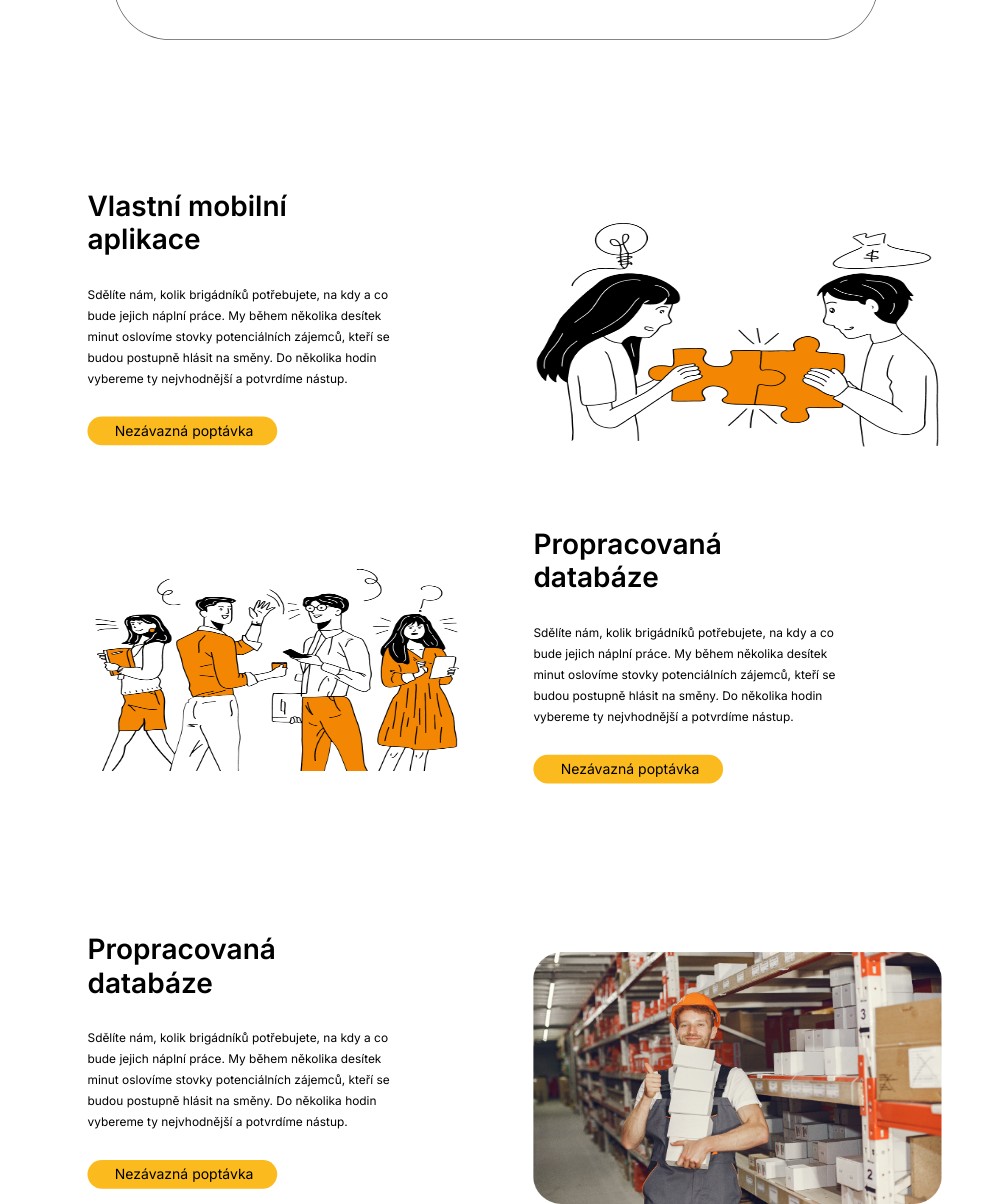
Repository: bilday08/bilday08.github.io
Page: page2.html
An editor plug-in stored every save of this project. The page is shown before and after the next save, followed by the edit.
The browser window is 1280 px wide. The page is 1440 px wide, so the pictures cover 1440 px, including what lies to the right of the window. The pictures show the part of the page from y = 1283 to 3003 px (the page is 3003 px tall), at 70% of full size.

Above is the page before, as saved 2022-10-16 01:07:26.

### page2.html
<!DOCTYPE html>
<html>
<head>
    <meta charset= utf-8 />
    <meta http-equiv="X-UA-Compatible" content="IE=edge">
    <meta name="viewport" content="width=device-width, initial-scale=1.0">
    <link href="./reset.css" rel="stylesheet"/>
    <link href="./style2.css" rel="stylesheet"/>
    <link href="./responsive2.css" rel="stylesheet"/>
    <link
    rel="stylesheet"
    href="https://cdnjs.cloudflare.com/ajax/libs/font-awesome/6.2.0/css/all.min.css"
    integrity="sha512-xh6O/CkQoPOWDdYTDqeRdPCVd1SpvCA9XXcUnZS2FmJNp1coAFzvtCN9BmamE+4aHK8yyUHUSCcJHgXloTyT2A=="
    crossorigin="anonymous"
    referrerpolicy="no-referrer" />
    <title>aulinks2</title>
    <link rel="preconnect" href="https://fonts.googleapis.com">
    <link rel="preconnect" href="https://fonts.gstatic.com" crossorigin>
    <link href="https://fonts.googleapis.com/css2?family=Inter:wght@400;600;700;900&display=swap" rel="stylesheet">
    <link
    href="https://cdn.jsdelivr.net/npm/bootstrap@5.2.2/dist/css/bootstrap.min.css"
    rel="stylesheet"
    integrity="sha384-Zenh87qX5JnK2Jl0vWa8Ck2rdkQ2Bzep5IDxbcnCeuOxjzrPF/et3URy9Bv1WTRi"
    crossorigin="anonymous">
    <link
    href="https://cdn.jsdelivr.net/npm/bootstrap@5.2.2/dist/css/bootstrap.min.css"
    rel="stylesheet"
    integrity="sha384-Zenh87qX5JnK2Jl0vWa8Ck2rdkQ2Bzep5IDxbcnCeuOxjzrPF/et3URy9Bv1WTRi"
    crossorigin="anonymous">
</head>
<body>
    <div class="wrapper">
        <herder class="herder">
            <div class="container-top">
                <img srcset="./images/logo.png 2x" alt="#" class="herder-log"/>
                <div class="herder-log--2">
                    <img src="./images/Aulinks.png" alt="#" class="herder-log--line"/>
                    <img src="./images/Menu Rounded.png" alt="#" class="herder-log-menu">
                </div>
                <div class="herder-images">
                    <img src="./images/1.png" alt="#" class="herder-images--contact"/>
                </div>
                <div class="herder-phone">
                    <span class="herder-phone--text">Zavolejte nám:</span>
                    <span class="herder-phone--number">+420 607 205 862</span>
                </div>
                <div class="herder-button">
                    <a href="#" class="herder-button--brand">Zavolejte nám:</a>
                </div>
                <div class="herder-button--bottom">
                    <a href="#" class="herder-button--bottom1">O nas</a>
                    <a href="#" class="herder-button--bottom2">Naši partneři</a>
                    <a href="#" class="herder-button--bottom3">Služby</a>
                    <a href="#" class="herder-button--bottom4">Kontakty</a>
                </div>
                <div class="container-center">
                    <h1 class="herder-background--content1">Pracovití brigádníci do druhého dne</h1>
                    <p class="herder-background--content2">
                    Sdělíte nám, kolik brigádníků potřebujete, na kdy a co bude jejich náplní práce.
                    My během několika desítek minut oslovíme stovky potenciálních zájemců, kteří se
                    budou postupně hlásit na směny. Do několika hodin vybereme ty nejvhodnější a potvrdíme nástup.
                    </p>
                    <div class="herder-background--button">
                        <a href="#" class="herder-backgroud--button1">Nezávazná poptávka</a>
                    </div>
                    <div class="container-top--center">
                        <img src="./images/page2(1).png" alt="#" class="herder-images--top_center"/>
                    </div>
                <div class="center-button">
                    <a href="#" class="center-button--white">
                        <div class="center-button--first">
                            <span class="center-button--first1">150+</span>
                            <span class="center-button--first2">Nástupů denně</span>
                        </div>
                        <div class="center-button--second">
                            <span class="center-button--second1">>30%</span>
                            <span class="center-button--second2">Fluktuace</span>
                        </div>
                        <div class="center-button--third">
                            <span class="center-button--third1">13</span>
                            <span class="center-button--third2">Měst</span>
                        </div>
                    </a>
                </div>
        </herder>
        <main>
            <section class="service">
                <div class="container-fluid">
                    <div class="service-item">
                        <div class="service-content">
                            <h2 class="global-heading">Vlastní mobilní aplikace</h2>
                            <div class="global-text">
                                Sdělíte nám, kolik brigádníků potřebujete, na kdy a co bude jejich náplní práce.
                                My během několika desítek minut oslovíme stovky potenciálních zájemců,
                                kteří se budou postupně hlásit na směny. Do několika hodin vybereme ty nejvhodnější
                                a potvrdíme nástup.
                            </div>
                            <a href="#" class="service-button--first">Nezávazná poptávka</a>
                            <div class="service-images">
                                <img src="./images/page2(2).png" alt="#" class="service-images--first"/>
                            </div>
                        </div>
                    </div>
                    <div class="service-item2">
                        <div class="service-content2">
                            <div class="service-images">
                                <img src="./images/page2(3).png" alt="#" class="service-images--sencond"/>
                            </div>
                            <h2 class="global-heading2">Propracovaná databáze</h2>
                            <div class="global-text2">
                                Sdělíte nám, kolik brigádníků potřebujete, na kdy a co bude jejich náplní práce.
                                My během několika desítek minut oslovíme stovky potenciálních zájemců,
                                kteří se budou postupně hlásit na směny. Do několika hodin vybereme ty nejvhodnější
                                a potvrdíme nástup.
                            </div>
                            <a href="#" class="service-button--second">Nezávazná poptávka</a>
                        </div>
                    </div>
                    <div class="service-item3">
                        <div class="service-content">
                            <h2 class="global-heading">Propracovaná databáze</h2>
                            <div class="global-text">
                                Sdělíte nám, kolik brigádníků potřebujete, na kdy a co bude jejich náplní práce.
                                My během několika desítek minut oslovíme stovky potenciálních zájemců,
                                kteří se budou postupně hlásit na směny. Do několika hodin vybereme ty nejvhodnější
                                a potvrdíme nástup.
                            </div>
                            <a href="#" class="service-button--first">Nezávazná poptávka</a>
                            <div class="service-images">
                                <img srcset="./images/5.png 2x" alt="#" class="service-images--first"/>
                            </div>
                        </div>
                    </div>
                </div>
<script
src="https://cdn.jsdelivr.net/npm/@popperjs/core@2.11.6/dist/umd/popper.min.js"
integrity="sha384-oBqDVmMz9ATKxIep9tiCxS/Z9fNfEXiDAYTujMAeBAsjFuCZSmKbSSUnQlmh/jp3"
crossorigin="anonymous"></script>
<script
src="https://cdn.jsdelivr.net/npm/bootstrap@5.2.2/dist/js/bootstrap.min.js"
integrity="sha384-IDwe1+LCz02ROU9k972gdyvl+AESN10+x7tBKgc9I5HFtuNz0wWnPclzo6p9vxnk"
crossorigin="anonymous"></script>
</body>
</html>

### style2.css
*{
    box-sizing: border-box;
    font-family: 'Inter', sans-serif;
    margin: 0;
    padding: 0;
}
.wrapper{
    max-width: 1440px;
}
  /*hedder*/
.container-top{
    max-width: 1440px;
    height: 410px;
    background-image: url(./images/Rectangle\ 8\ \(7\).png);
    background-repeat: no-repeat;
    background-size: auto;
    position: absolute;
}
.herder-log{
    position: absolute;
    width: 78px;
    height: 71px;
    margin-top: 60px;
    margin-left: 114px;
}
.herder-log--line{
    width: 130px;
    height: 30px;
    margin-left: 192px;
    margin-top: 91px;
}
.herder-log-menu{
    width: 30px;
    height: 30px;
    display: none;
}
.herder-images--contact{
    width: 308.12px;
    height: 81.11px;
    margin-left: 407px;
    margin-top: -50px;
}
.herder-phone--text{
    display: block;
    width: 145px;
    height: 30px;
    font-weight: 400;
    font-size: 20px;
    line-height: 24px;
    color: black;
    margin-left: 807px;
    margin-top: -79px;
    margin-right: 491px;
}
.herder-phone--number{
    display: block;
    width: 185px;
    height: 24px;
    font-weight: 700;
    font-size: 20px;
    line-height: 24px;
    color: #FBBA1D;
    margin: 4px 455px 0 800px;
}
.herder-button--brand{
   text-align: center;
   text-decoration: none;
   padding: 8px 39px;
   color: black;
   background-color: #FBBA1D;
   width: 223px;
   height: 41px;
   font-weight: 400;
   font-size: 20px;
   line-height: 24px;
   border-radius: 30px;
   margin-top: -39px;
   margin-left: 1070px;
   display: block;
}
.herder-button--bottom1{
   text-decoration: none;
   text-align: center;
   display: block;
   color: black;
   background-color: white;
   padding: 7px 35px;
   width: 130px;
   height: 40px;
   font-weight: 400;
   font-size: 20px;
   line-height: 24px;
   border-radius: 30px;
   border: 1px solid #000000;
   margin-top: 60px;
   margin-left: 114px;
}
.herder-button--bottom2{
   text-decoration: none;
   text-align: center;
   display: block;
   color: black;
   background-color: white;
   padding: 7px 35px;
   width: 190px;
   height: 40px;
   font-weight: 400;
   font-size: 20px;
   line-height: 24px;
   border-radius: 30px;
   border: 1px solid #000000;
   margin-top: -40px;
   margin-left: 264px;
   white-space: nowrap;
}
.herder-button--bottom3{
   text-decoration: none;
   text-align: center;
   display: block;
   color: black;
   background-color: #FBBA1D;
   padding: 7px 35px;
   width: 135px;
   height: 40px;
   font-weight: 400;
   font-size: 20px;
   line-height: 24px;
   border-radius: 30px;
   border: 1px solid #000000;
   margin-top: -40px;
   margin-left: 474px;
}
.herder-button--bottom4{
   text-decoration: none;
   text-align: center;
   display: block;
   color: black;
   background-color: white;
   padding: 7px 35px;
   width: 150px;
   height: 40px;
   font-weight: 400;
   font-size: 20px;
   line-height: 24px;
   border-radius: 30px;
   border: 1px solid #000000;
   margin-top: -40px;
   margin-left: 624px;
}
.container-center{
    position: absolute;
    width: 1440px;
}
.herder-background--content1{
    width: 427px;
    height: 95px;
    font-weight: 600;
    font-size: 40px;
    line-height: 48px;
    color: #000000;
    margin-left: 113px;
    margin-top: 349px;
}
.herder-background--content2{
    width: 535px;
    height: 120px;
    font-weight: 400;
    font-size: 17px;
    line-height: 30px;
    color: #000000;
    margin-top: 28px;
    margin-left: 113px;
}
.herder-backgroud--button1{
   text-decoration: none;
   text-align: center;
   display: block;
   padding: 8px 39px;
   color: black;
   background-color: #FBBA1D;
   width: 271px;
   height: 41px;
   font-weight: 400;
   font-size: 20px;
   line-height: 24px;
   border-radius: 30px;
   margin-top: 43px;
   margin-left: 113px;
   white-space: nowrap;
}
.herder-images--top_center{
    max-width: 100%;
    height: auto;
    margin-left: 807px;
    margin-top: -349px;
    margin-bottom: 100px;
}
.center-button--white{
    text-decoration: none;
    max-width: 1093px;
    height: 313px;
    background-color:#FFFFFF;
    border-radius: 81px;
    display: block;
    margin-top: 165px;
    margin-left: 162px;
    margin-right: 185px;
    padding-top: 78px;
    border: 1px solid rgba(0, 0, 0, 0.64);
}
.center-button--first1{
    display: block;
    font-weight: 600;
    font-size: 100px;
    line-height: 121px;
    color: #646464;
    margin-left: 49px;
}
.center-button--first2{
    width: 240px;
    height: 33px;
    display: block;
    font-weight: 400;
    font-size: 30px;
    line-height: 30px;
    color: #000000;
    margin-left: 62px;
    margin-bottom: 78px;
}
.center-button--second1{
    width: 224px;
    height: 124px;
    font-style: normal;
    font-weight: 600;
    font-size: 100px;
    line-height: 121px;
    color: #646464;
    margin-left: 437px;
    margin-top: -235px;
    display: block;
}
.center-button--second2{
    display: block;
    position: absolute;
    font-style: normal;
    font-weight: 400;
    font-size: 30px;
    line-height: 30px;
    color: black;
    margin-left: 515px;
    margin-bottom: 78px;
}
.center-button--third1{
    display: block;
    font-weight: 600;
    font-size: 100px;
    line-height: 121px;
    color: #646464;
    margin-left: 838px;
    margin-top: -127px;
}
.center-button--third2{
    display: block;
    position: absolute;
    font-style: normal;
    font-weight: 400;
    font-size: 30px;
    line-height: 30px;
    color: black;
    margin-left: 868px;
    margin-top: 6px;
}
.global-heading{
    max-width: 418px;
    height: 95px;
    font-weight: 600;
    font-size: 40px;
    line-height: 48px;
    color: #000000;
    margin-top: 277px;
    margin-left: 113px;
}
.global-text{
    font-weight: 400;
    font-size: 17px;
    line-height: 30px;
    color: #000000;
    max-width: 432px;
    height: 189px;
    margin-left: 113px;
    margin-top: 41px;
}
.service-button--first{
    text-decoration: none;
    text-align: center;
    display: block;
    padding: 8px 39px;
    color: black;
    background-color: #FBBA1D;
    width: 271px;
    height: 41px;
    font-weight: 400;
    font-size: 20px;
    line-height: 24px;
    border-radius: 30px;
    white-space: nowrap;
    margin-left: 113px;
}
.service-images--first{
    width: 517px;
    height: 516px;
    display: block;
    margin-top: -448px;
    margin-left: 789px;
}
.service-images--sencond{
    width: 517px;
    height: 516px;
    display: block;
    margin-top: 234px;
    margin-left: 113px;
}
.global-heading2{
    max-width: 418px;
    height: 95px;
    font-weight: 600;
    font-size: 40px;
    line-height: 48px;
    color: #000000;
    margin-top: -450px;
    margin-left: 831px;
}
.global-text2{
    font-weight: 400;
    font-size: 17px;
    line-height: 30px;
    color: #000000;
    max-width: 432px;
    height: 189px;
    margin-left: 831px;
    margin-top: 41px;
}
.service-button--second{
    text-decoration: none;
    text-align: center;
    display: block;
    padding: 8px 39px;
    color: black;
    background-color: #FBBA1D;
    width: 271px;
    height: 41px;
    font-weight: 400;
    font-size: 20px;
    line-height: 24px;
    border-radius: 30px;
    white-space: nowrap;
    margin-left: 831px;
}

Loaded but not shown: reset.css (common file); responsive2.css (746 lines, source omitted)

After the next save:
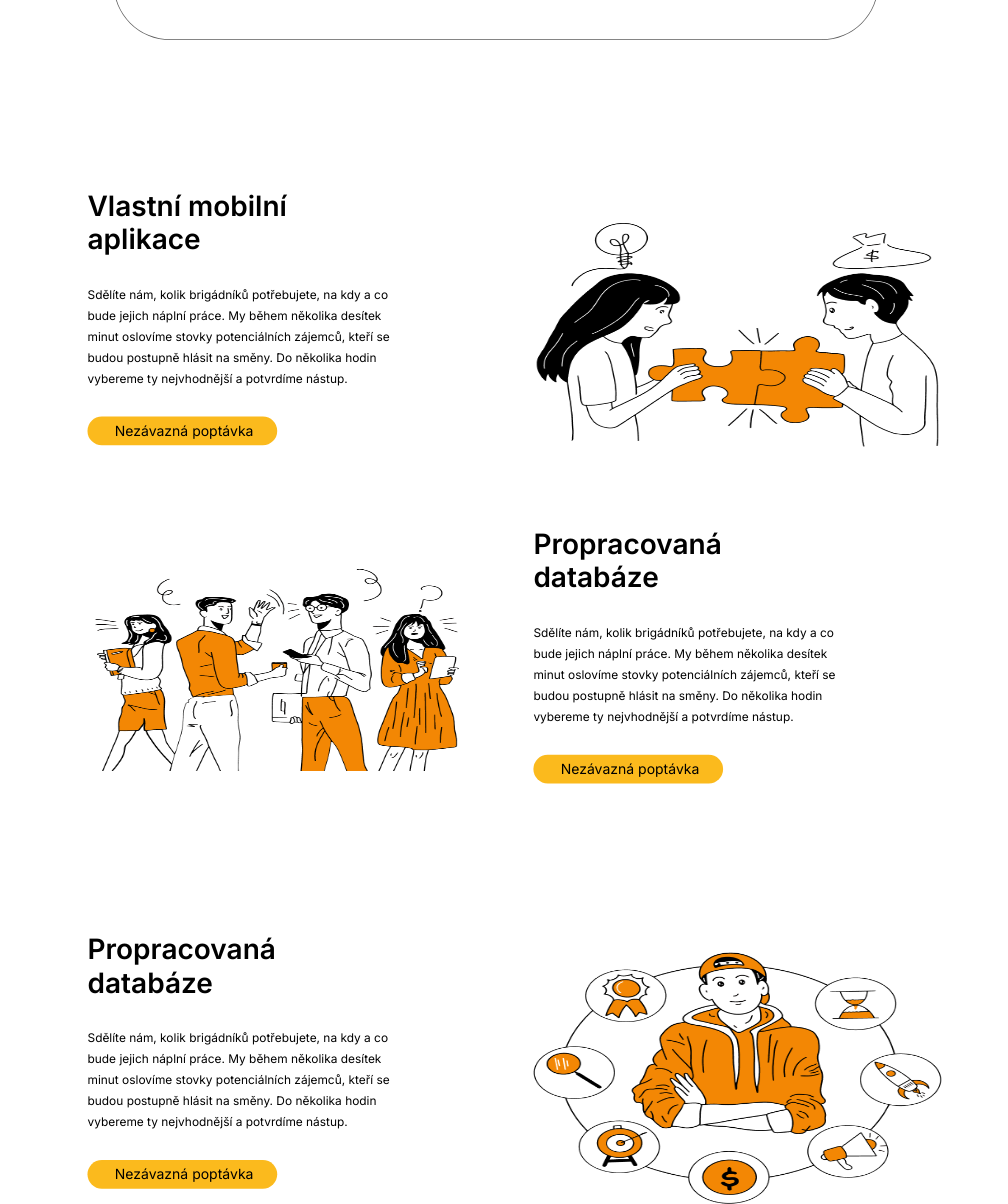
Saved 78 s later.
--- a/page2.html
+++ b/page2.html
@@ -127,7 +127,7 @@
                             </div>
                             <a href="#" class="service-button--first">Nezávazná poptávka</a>
                             <div class="service-images">
-                                <img srcset="./images/5.png 2x" alt="#" class="service-images--first"/>
+                                <img src="images/page2(4).png" alt="#" class="service-images--first"/>
                             </div>
                         </div>
                     </div>
